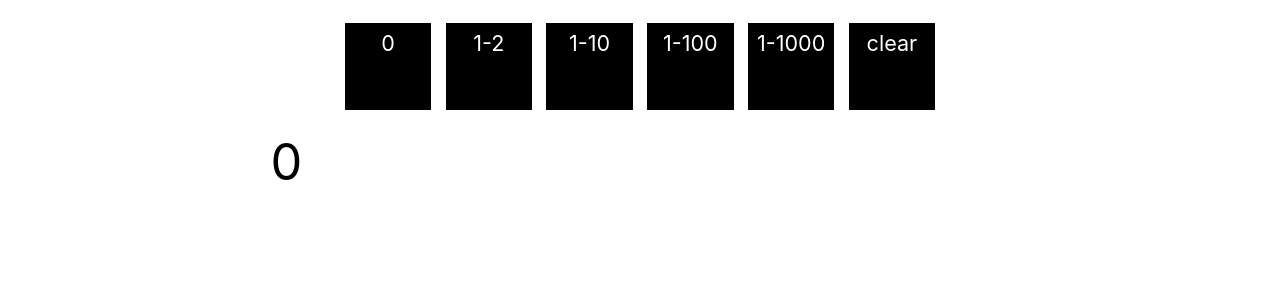
Repository: michalgornicki/number-generator
Page: /, after clicking the first element matching `div.button`
The author's editor kept a copy of each file at every save. The page is drawn from the files as they stood at one save, then again after a run of saves.
The browser window is 1280 px wide. The pictures show the whole page.
The project was rebuilt for these pictures with package versions that can differ from the ones it lists, and the page was loaded fresh each time.

Above is the page before, as saved 2021-12-03 14:02:59.

### src/App.jsx
import React, { useState } from "react";
import "./App.css";

function App() {
  const [state, setState] = useState([0]);
  var sum = (state) ? state.reduce((a, b) => a + b) : 0

  return (
    <p>
      <div className="button-container">
        <div className="button">{sum}</div>
        <div
          className="button"
          onClick={() =>
            setState([...state, Math.floor(Math.random() * 2 + 1)])
          }
        >
          1-2
        </div>
        <div
          className="button"
          onClick={() => setState([...state, Math.floor(Math.random() * 10)])}
        >
          1-10
        </div>
        <div
          className="button"
          onClick={() => setState([...state, Math.floor(Math.random() * 100)])}
        >
          1-100
        </div>
        <div
          className="button"
          onClick={() => setState([...state, Math.floor(Math.random() * 1000)])}
        >
          1-1000
        </div>
        <div className="button" onClick={() => setState([])}>
          clear
        </div>
      </div>

      <div className="map">
        {state.map((item) => {
          return <div className="map-item">{item}</div>;
        })}
      </div>
    </p>
  );
}

export default App;

### src/App.css
body{
    user-select: none;
}

.button-container{
    display: block;
    margin:auto;
    display: flex;
    justify-content: center;
}

.button{
    width: 10vmin;
    height: 10vmin;
    background-color: black;
    color: white;
    padding: 1vmin;
    margin: 1vmin;
    cursor: pointer;
    text-align: center;
    font-size: 3vmin;
}

.map{
    display: flex;
    flex-wrap: wrap;
    margin: auto;
    text-align: center;
    width: fit-content;
    width: 60%;
}

.map-item{
    padding: 2vmin;
    font-size: 7vmin;
    transition: 1s;
}

Loaded but not shown: public/index.html (common file); src/index.js (common file); src/index.css (common file); src/reportWebVitals.js (common file)

After the next 4 saves:
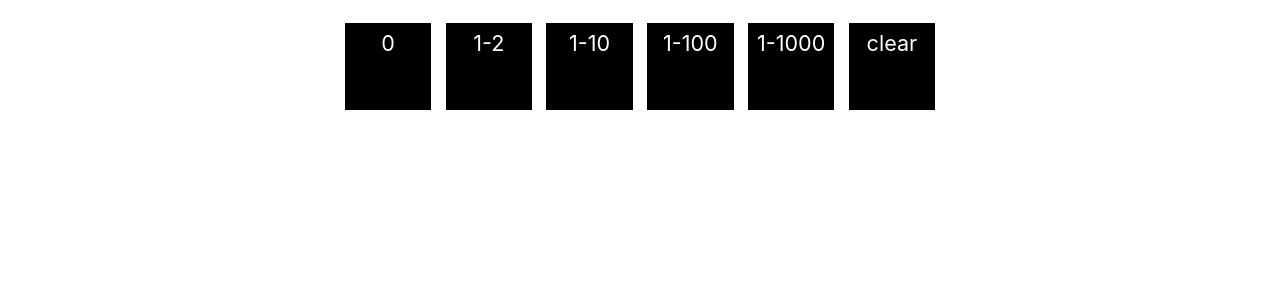
The 4 saves are shown as one change because 1 did not build or start and some came seconds apart.
The last was saved 41 s later.
--- a/src/App.jsx
+++ b/src/App.jsx
@@ -2,8 +2,8 @@ import React, { useState } from "react";
 import "./App.css";
 
 function App() {
-  const [state, setState] = useState([0]);
-  var sum = (state) ? state.reduce((a, b) => a + b) : 0
+  const [state, setState] = useState([]);
+  var sum = (state.length > 0) ? state.reduce((a, b) => a + b) : 0
 
   return (
     <p>
